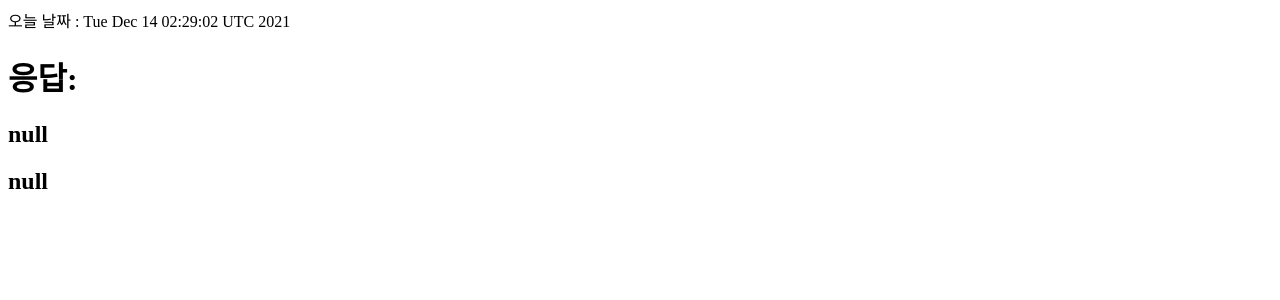
Repository: ybshim90/sesac1
Page: http://localhost/day_20211217_01_web/jsp/form1.jsp
The author's editor kept a copy of each file at every save. The page is drawn from the files as they stood at one save, then again after the next save.
The browser window is 1280 px wide. The pictures show the whole page.
The page is served by Tomcat 9.

Above is the page before, as saved 2021-12-17 05:03:52.

### day_20211217_01_web/src/main/webapp/jsp/form1.jsp
<%@page import="java.util.Date"%>
<%@ page language="java" contentType="text/html; charset=UTF-8"
    pageEncoding="UTF-8"%>
<!DOCTYPE html>
<html>
<head>
<meta charset="UTF-8">
<title>폼 응답</title>
</head>
<body>
	오늘 날짜 : <%= new Date() %>
	<h1>응답:</h1>
	<h2><%= request.getParameter("memid") %></h2>
	<h2><%= request.getParameter("mempw") %></h2>
</body>
</html>

After the next save:
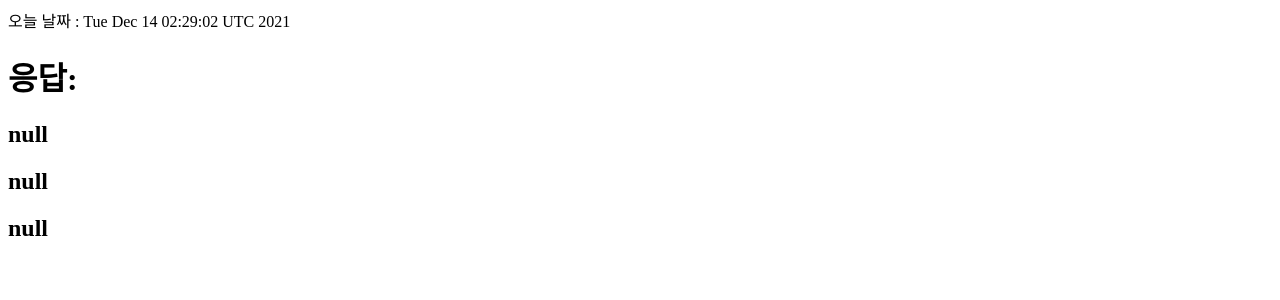
Saved 8 s later.
--- a/day_20211217_01_web/src/main/webapp/jsp/form1.jsp
+++ b/day_20211217_01_web/src/main/webapp/jsp/form1.jsp
@@ -12,5 +12,6 @@
 	<h1>응답:</h1>
 	<h2><%= request.getParameter("memid") %></h2>
 	<h2><%= request.getParameter("mempw") %></h2>
+	<h2><%= request.getParameter("memname") %></h2>
 </body>
 </html>
